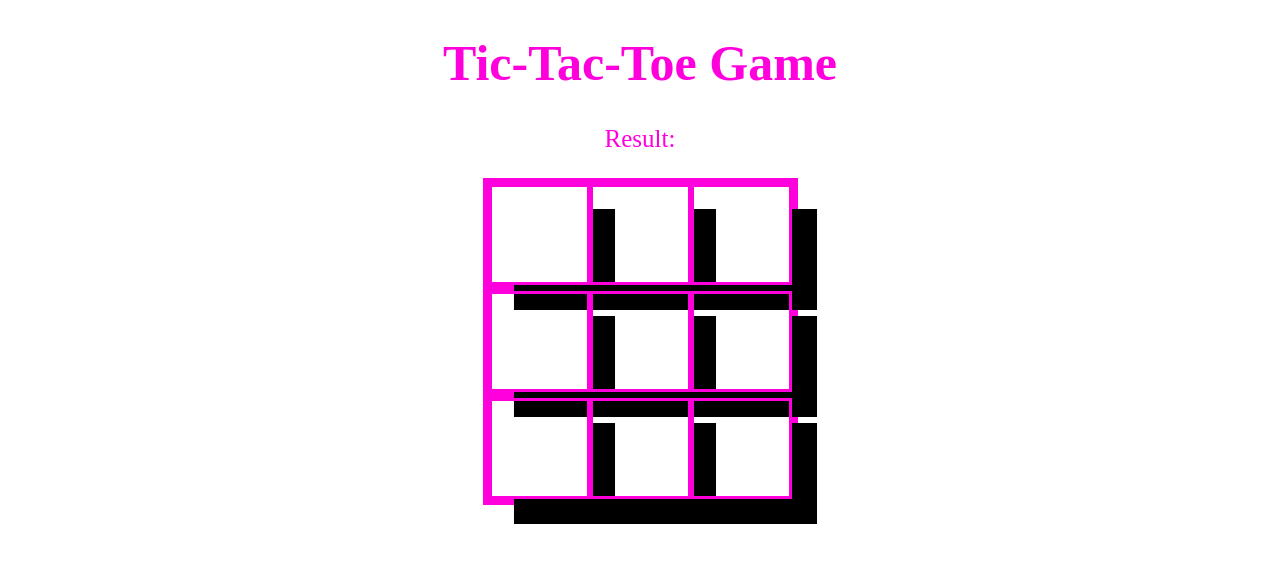
Repository: 0101chaitanya/Tic-Tac-Toe
Page: index.html
These files come from the project's save history. The page is drawn as it stood at one moment and after the next save; the edit follows.
The browser window is 1280 px wide. The pictures show the whole page.

Above is the page before, as saved 2021-06-09 18:04:42.

### index.html
<!DOCTYPE html>
<html>
    <head>
<meta charset="utf-8">
<title>Tic-Tac-Toe Game</title>
<link rel="stylesheet" href="styles.css">
    </head>
<body>
    <h1 id="heading">Tic-Tac-Toe Game</h1>

    <div id = "Output">
        <p  >Result:</p>
    </div>
    <div id = "gameSquare">

    <div id = "row1">
    <div class = "r1Column"></div>
    <div class = "rlColumn"></div>
    <div class = "rlColumn"></div>
</div>
<div id = "row2">
    <div class = "r2Column"></div>
    <div class = "r2Column"></div>
    <div class = "r2Column"></div>
</div>
<div id = "row3">
    <div class = "r3Column"></div>
    <div class = "r3Column"></div>
    <div class = "r3Column"></div>
</div>
</div>
</body>
<script type="text/javascript" src="script.js"></script>
</html>

### styles.css
:root{
    text-align: center;
}
@media  screen and (max-width: 400px){
    :root{
        color:blue;
        font-size: 14px;
}

}
@media  screen and (min-width: 401px) and (max-width: 700px){
    :root{
        color:rgb(30, 255, 0);
        font-size: 18px;
}


}@media  screen and (min-width: 701px) {
    :root{
        color:rgb(255, 0, 221);
        font-size:25px;
}

}

#gameSquare{
    border-style: solid;
    width:min-content;
    height:min-content;
    display:block;
    margin:auto;
}
#gameSquare>div:nth-child(n){
    border-style: solid;
    width:min-content;
    height:min-content;
    display:flex;
    justify-content:center;
    align-items:center;
}
#gameSquare>div:nth-child(n)>div:nth-child(n){
    display:block;
    margin: auto;
    border-style: solid;
    width:3.8rem;
    height:3.8rem;
box-shadow: 1rem 1rem 0.01rem 0.001rem black;
}

### script.js
/* (function(){
let
})(); */

After the next save:
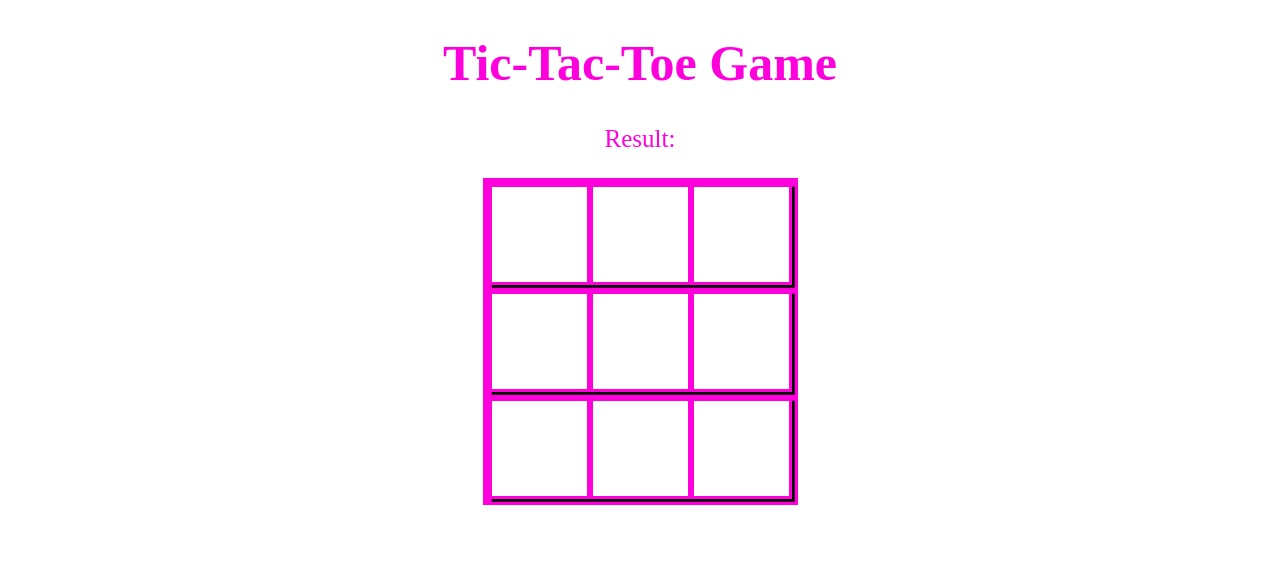
Saved 9 s later.
--- a/styles.css
+++ b/styles.css
@@ -44,5 +44,5 @@
     border-style: solid;
     width:3.8rem;
     height:3.8rem;
-box-shadow: 1rem 1rem 0.01rem 0.001rem black;
+box-shadow: 0.11rem 0.11rem 0.01rem 0.001rem black;
 }
